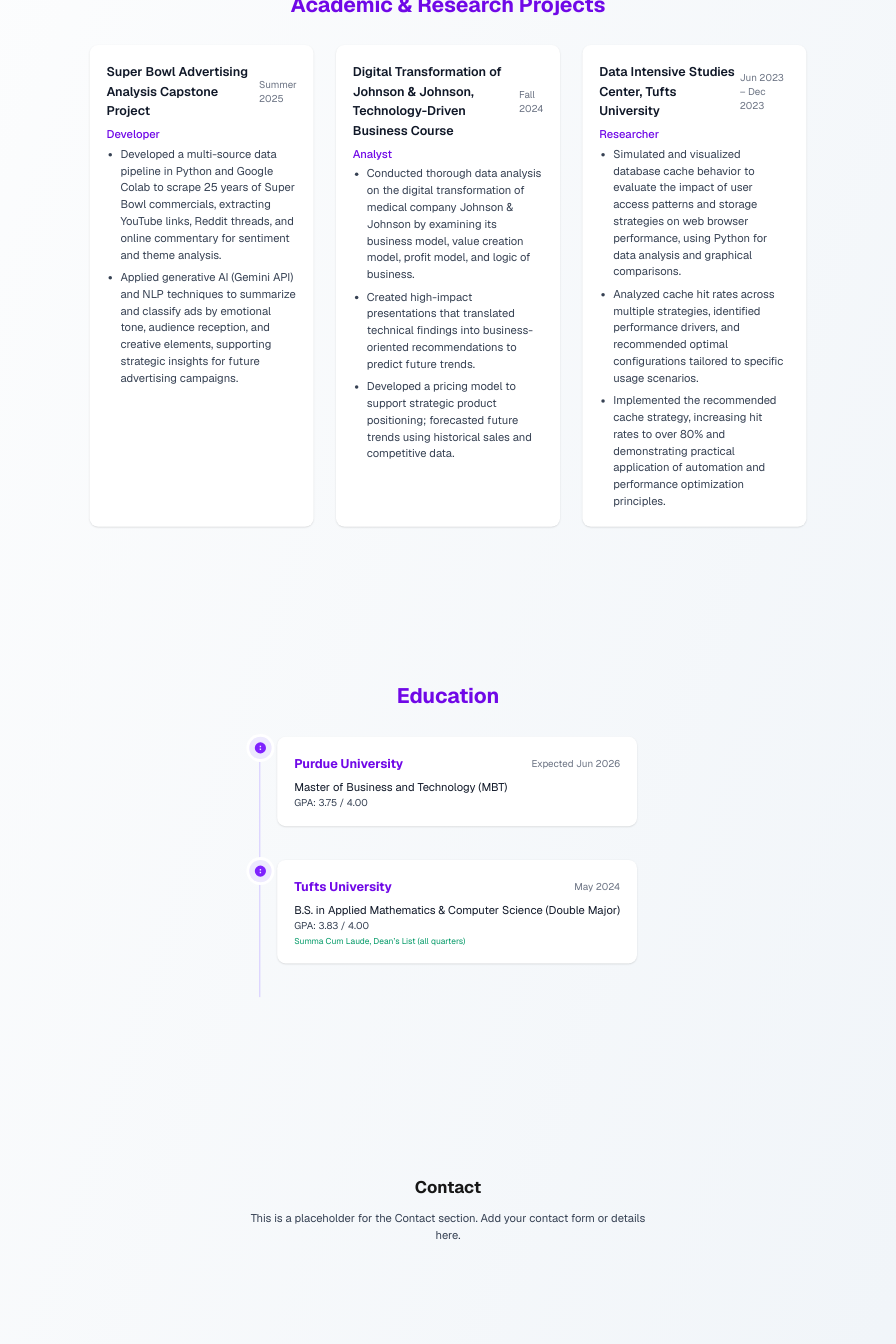
Repository: winniewyl/personal-portfolio
Page: /
These files come from the project's save history. The page is drawn as it stood at one moment and after the next save; the edit follows.
The browser window is 1280 px wide. The pictures show the part of the page from y = 1949 to 3869 px (the page is 3869 px tall before and 3731 px after), at 70% of full size.
The project was rebuilt for these pictures with package versions that can differ from the ones it lists, and the page was loaded fresh each time. The framework's server and built-in components were replaced by stand-ins that run in the browser. Also part of the build but not shown: next.config.ts.

Above is the page before, as saved 2025-07-22 11:52:21.

### src/app/page.tsx
import Hero from '../components/Hero';
import About from '../components/About';
import Projects from '../components/Projects';
import Contact from '../components/Contact';

const experienceData = [
  {
    org: 'Data Intensive Studies Center, Tufts University',
    title: 'Data Analyst Intern & Co-Author',
    date: 'Jun 2023 – Dec 2023',
    highlights: [
      'Developed a custom Drupal-based content management site to present visualizations and insights from research on AI/ML ethics, integrating cross-functional feedback and automation techniques to enhance visibility.',
      'Co-led the development of an open-source AI Ethics tool using GitBook, contributing to interface design, stakeholder engagement, and survey analysis in the context of autonomous vehicle applications.',
      'Co-authored The Third Moment of AI Ethics, published on arXiv: https://arxiv.org/abs/2501.16954.',
    ],
  },
];

const projectData = [
  {
    title: 'Super Bowl Advertising Analysis Capstone Project',
    role: 'Developer',
    date: 'Summer 2025',
    highlights: [
      'Developed a multi-source data pipeline in Python and Google Colab to scrape 25 years of Super Bowl commercials, extracting YouTube links, Reddit threads, and online commentary for sentiment and theme analysis.',
      'Applied generative AI (Gemini API) and NLP techniques to summarize and classify ads by emotional tone, audience reception, and creative elements, supporting strategic insights for future advertising campaigns.',
    ],
  },
  {
    title:
      'Digital Transformation of Johnson & Johnson, Technology-Driven Business Course',
    role: 'Analyst',
    date: 'Fall 2024',
    highlights: [
      'Conducted thorough data analysis on the digital transformation of medical company Johnson & Johnson by examining its business model, value creation model, profit model, and logic of business.',
      'Created high-impact presentations that translated technical findings into business-oriented recommendations to predict future trends.',
      'Developed a pricing model to support strategic product positioning; forecasted future trends using historical sales and competitive data.',
    ],
  },
  {
    title: 'Data Intensive Studies Center, Tufts University',
    role: 'Researcher',
    date: 'Jun 2023 – Dec 2023',
    highlights: [
      'Simulated and visualized database cache behavior to evaluate the impact of user access patterns and storage strategies on web browser performance, using Python for data analysis and graphical comparisons.',
      'Analyzed cache hit rates across multiple strategies, identified performance drivers, and recommended optimal configurations tailored to specific usage scenarios.',
      'Implemented the recommended cache strategy, increasing hit rates to over 80% and demonstrating practical application of automation and performance optimization principles.',
    ],
  },
];

export default function Home() {
  return (
    <div className="font-sans min-h-screen flex flex-col bg-gradient-to-br from-white via-slate-50 to-slate-100 dark:from-[#18181c] dark:via-[#1a1a22] dark:to-[#101014]">
      {/* Navbar */}
      <nav className="w-full flex items-center justify-between py-6 px-8 border-b border-gray-100 dark:border-gray-800 bg-white/80 dark:bg-[#101010]/80 backdrop-blur z-10 sticky top-0">
        <div className="text-2xl font-extrabold text-violet-600 tracking-tight">
          WW
        </div>
        <ul className="flex gap-8 text-base font-medium text-gray-900 dark:text-white">
          <li>
            <a
              href="#about"
              className="hover:text-violet-600 transition-colors"
            >
              About
            </a>
          </li>
          <li>
            <a
              href="#experience"
              className="hover:text-violet-600 transition-colors"
            >
              Experience
            </a>
          </li>
          <li>
            <a
              href="#projects"
              className="hover:text-violet-600 transition-colors"
            >
              Projects
            </a>
          </li>
          <li>
            <a
              href="#education"
              className="hover:text-violet-600 transition-colors"
            >
              Education
            </a>
          </li>
          <li>
            <a
              href="#contact"
              className="hover:text-violet-600 transition-colors"
            >
              Contact
            </a>
          </li>
        </ul>
      </nav>
      {/* Main Content */}
      <main className="flex-1 w-full flex flex-col items-center px-4 sm:px-0">
        <section className="w-full flex flex-col items-center justify-center py-20 sm:py-28 bg-transparent">
          <Hero name="Winnie Wang" role="AI Product Analyst" />
        </section>
        <section
          id="about"
          className="w-full flex flex-col items-center py-20 sm:py-28 max-w-5xl mx-auto scroll-mt-24"
        >
          <About />
        </section>
        {/* Experience Section */}
        <section
          id="experience"
          className="w-full flex flex-col items-center py-20 sm:py-28 max-w-5xl mx-auto scroll-mt-24"
        >
          <h2 className="text-3xl font-bold mb-10 text-violet-700 dark:text-violet-400">
            Internship & Professional Experience
          </h2>
          <ol className="relative border-l-2 border-violet-200 dark:border-violet-700">
            {experienceData.map((exp, idx) => (
              <li key={exp.title} className="mb-12 ml-6">
                <span className="absolute flex items-center justify-center w-8 h-8 bg-violet-100 rounded-full -left-4 ring-4 ring-white dark:ring-[#18181c]">
                  <svg
                    className="w-5 h-5 text-violet-600"
                    fill="currentColor"
                    viewBox="0 0 20 20"
                  >
                    <path d="M10 2a8 8 0 100 16 8 8 0 000-16zm1 11H9v-2h2v2zm0-4H9V7h2v2z" />
                  </svg>
                </span>
                <div className="bg-white dark:bg-[#232336] rounded-xl shadow p-6">
                  <div className="flex flex-col sm:flex-row sm:items-center sm:justify-between mb-2">
                    <span className="font-semibold text-lg text-gray-900 dark:text-white">
                      {exp.title}
                    </span>
                    <span className="text-sm text-gray-500 dark:text-gray-400">
                      {exp.date}
                    </span>
                  </div>
                  <div className="text-md font-medium text-violet-700 dark:text-violet-300 mb-1">
                    {exp.org}
                  </div>
                  <ul className="list-disc pl-5 space-y-2 text-gray-700 dark:text-gray-300">
                    {exp.highlights.map((h, i) => (
                      <li key={i}>{h}</li>
                    ))}
                  </ul>
                </div>
              </li>
            ))}
          </ol>
        </section>
        {/* Projects Section */}
        <section
          id="projects"
          className="w-full flex flex-col items-center py-20 sm:py-28 max-w-5xl mx-auto scroll-mt-24"
        >
          <h2 className="text-3xl font-bold mb-10 text-violet-700 dark:text-violet-400">
            Academic & Research Projects
          </h2>
          <div className="grid grid-cols-1 md:grid-cols-3 gap-8 w-full">
            {projectData.map((proj, idx) => (
              <div
                key={proj.title}
                className="bg-white dark:bg-[#232336] rounded-xl shadow p-6 flex flex-col"
              >
                <div className="flex flex-col sm:flex-row sm:items-center sm:justify-between mb-2">
                  <span className="font-semibold text-lg text-gray-900 dark:text-white">
                    {proj.title}
                  </span>
                  <span className="text-sm text-gray-500 dark:text-gray-400">
                    {proj.date}
                  </span>
                </div>
                <div className="text-md font-medium text-violet-700 dark:text-violet-300 mb-1">
                  {proj.role}
                </div>
                <ul className="list-disc pl-5 space-y-2 text-gray-700 dark:text-gray-300">
                  {proj.highlights.map((h, i) => (
                    <li key={i}>{h}</li>
                  ))}
                </ul>
              </div>
            ))}
          </div>
        </section>
        <section
          id="education"
          className="w-full flex flex-col items-center py-20 sm:py-28 max-w-5xl mx-auto scroll-mt-24"
        >
          <h2 className="text-3xl font-bold mb-10 text-violet-700 dark:text-violet-400">
            Education
          </h2>
          <ol className="relative border-l-2 border-violet-200 dark:border-violet-700">
            <li className="mb-12 ml-6">
              <span className="absolute flex items-center justify-center w-8 h-8 bg-violet-100 rounded-full -left-4 ring-4 ring-white dark:ring-[#18181c]">
                <svg
                  className="w-5 h-5 text-violet-600"
                  fill="currentColor"
                  viewBox="0 0 20 20"
                >
                  <path d="M10 2a8 8 0 100 16 8 8 0 000-16zm1 11H9v-2h2v2zm0-4H9V7h2v2z" />
                </svg>
              </span>
              <div className="bg-white dark:bg-[#232336] rounded-xl shadow p-6">
                <div className="flex flex-col sm:flex-row sm:items-center sm:justify-between mb-2">
                  <span className="font-bold text-lg text-violet-700">
                    Purdue University
                  </span>
                  <span className="text-sm text-gray-500 dark:text-gray-400">
                    Expected Jun 2026
                  </span>
                </div>
                <div className="text-gray-900 dark:text-white">
                  Master of Business and Technology (MBT)
                </div>
                <div className="text-sm text-gray-700 dark:text-gray-300">
                  GPA: 3.75 / 4.00
                </div>
              </div>
            </li>
            <li className="mb-12 ml-6">
              <span className="absolute flex items-center justify-center w-8 h-8 bg-violet-100 rounded-full -left-4 ring-4 ring-white dark:ring-[#18181c]">
                <svg
                  className="w-5 h-5 text-violet-600"
                  fill="currentColor"
                  viewBox="0 0 20 20"
                >
                  <path d="M10 2a8 8 0 100 16 8 8 0 000-16zm1 11H9v-2h2v2zm0-4H9V7h2v2z" />
                </svg>
              </span>
              <div className="bg-white dark:bg-[#232336] rounded-xl shadow p-6">
                <div className="flex flex-col sm:flex-row sm:items-center sm:justify-between mb-2">
                  <span className="font-bold text-lg text-violet-700">
                    Tufts University
                  </span>
                  <span className="text-sm text-gray-500 dark:text-gray-400">
                    May 2024
                  </span>
                </div>
                <div className="text-gray-900 dark:text-white">
                  B.S. in Applied Mathematics & Computer Science (Double Major)
                </div>
                <div className="text-sm text-gray-700 dark:text-gray-300">
                  GPA: 3.83 / 4.00
                </div>
                <div className="text-xs text-emerald-600 mt-1">
                  Summa Cum Laude, Dean’s List (all quarters)
                </div>
              </div>
            </li>
          </ol>
        </section>
        <section
          id="contact"
          className="w-full flex flex-col items-center py-20 sm:py-28 max-w-5xl mx-auto scroll-mt-24"
        >
          <Contact />
        </section>
      </main>
    </div>
  );
}

### src/components/Hero.tsx
import React from 'react';

interface HeroProps {
  name: string;
  role: string;
}

const Hero: React.FC<HeroProps> = ({ name, role }) => (
  <section className="flex flex-col items-center justify-center gap-4 py-8 w-full">
    <h1 className="text-4xl sm:text-5xl font-bold text-center">{name}</h1>
    <h2 className="text-xl sm:text-2xl font-medium text-center text-gray-600 dark:text-gray-300">
      {role}
    </h2>
  </section>
);

export default Hero;

### src/components/About.tsx
import React from 'react';

const aboutData = [
  {
    icon: (
      <span className="bg-blue-100 text-blue-600 rounded-xl p-2 mr-2">
        {/* AI Icon */}
        <svg width="32" height="32" fill="none" viewBox="0 0 24 24">
          <path
            fill="currentColor"
            d="M12 2a10 10 0 100 20 10 10 0 000-20zm1 17.93V20a1 1 0 11-2 0v-.07A8.001 8.001 0 014.07 13H4a1 1 0 110-2h.07A8.001 8.001 0 0111 4.07V4a1 1 0 112 0v.07A8.001 8.001 0 0119.93 11H20a1 1 0 110 2h-.07A8.001 8.001 0 0113 19.93z"
          ></path>
        </svg>
      </span>
    ),
    title: 'AI & Machine Learning',
    skills: [
      {
        name: 'Neural Networks',
        desc: 'Deep learning architectures and training',
      },
      {
        name: 'Computer Vision',
        desc: 'Image processing and object detection',
      },
      { name: 'TensorFlow/PyTorch', desc: 'ML framework expertise' },
      { name: 'Model Optimization', desc: 'Performance tuning and deployment' },
    ],
    color: 'blue',
  },
  {
    icon: (
      <span className="bg-fuchsia-100 text-fuchsia-600 rounded-xl p-2 mr-2">
        {/* Full-Stack Icon */}
        <svg width="32" height="32" fill="none" viewBox="0 0 24 24">
          <path
            fill="currentColor"
            d="M12 2a10 10 0 100 20 10 10 0 000-20zm-1 17.93V20a1 1 0 102 0v-.07A8.001 8.001 0 0020 13h.07a1 1 0 100-2H20a8.001 8.001 0 00-7-7.93V4a1 1 0 10-2 0v.07A8.001 8.001 0 004 11H3.93a1 1 0 100 2H4a8.001 8.001 0 007 7.93z"
          ></path>
        </svg>
      </span>
    ),
    title: 'Full-Stack Development',
    skills: [
      { name: 'React.js/Next.js', desc: 'Modern frontend frameworks' },
      { name: 'Python/Flask', desc: 'Backend development and APIs' },
      { name: 'Database Design', desc: 'SQL and data architecture' },
      { name: 'Cloud Deployment', desc: 'Scalable application hosting' },
    ],
    color: 'fuchsia',
  },
  {
    icon: (
      <span className="bg-green-100 text-green-600 rounded-xl p-2 mr-2">
        {/* Data Science Icon */}
        <svg width="32" height="32" fill="none" viewBox="0 0 24 24">
          <circle cx="12" cy="12" r="10" fill="currentColor" opacity=".2" />
          <circle cx="12" cy="12" r="6" fill="currentColor" />
        </svg>
      </span>
    ),
    title: 'Data Science',
    skills: [
      { name: 'Data Analysis', desc: 'Statistical analysis and insights' },
      { name: 'Visualization', desc: 'Interactive charts and dashboards' },
      {
        name: 'Algorithm Design',
        desc: 'Efficient problem-solving approaches',
      },
      { name: 'Research Methods', desc: 'Scientific approach to development' },
    ],
    color: 'green',
  },
];

const About: React.FC = () => (
  <section className="w-full flex flex-col items-center">
    <h2 className="text-4xl font-extrabold text-center mb-4 mt-4 text-gray-900 dark:text-white">
      <span className="inline-block align-middle mr-2 text-blue-500">•</span>
      About Me
    </h2>
    <p className="text-lg text-center text-gray-700 dark:text-gray-300 max-w-2xl mb-12">
      Passionate about the intersection of artificial intelligence and product
      strategy. I build intelligent solutions that drive business value and user
      engagement.
    </p>
    <div className="w-full max-w-6xl flex flex-col md:flex-row gap-8 justify-center items-stretch">
      {aboutData.map((card, idx) => (
        <div
          key={card.title}
          className="flex-1 bg-white dark:bg-[#18181c] rounded-2xl shadow-md p-8 flex flex-col mb-4 md:mb-0 border border-gray-100 dark:border-gray-800 min-w-[260px] max-w-sm mx-auto"
        >
          <div className="flex items-center mb-4">
            {card.icon}
            <span className={`text-lg font-bold text-gray-900 dark:text-white`}>
              {card.title}
            </span>
          </div>
          <ul className="space-y-3">
            {card.skills.map((skill) => (
              <li key={skill.name} className="flex flex-col">
                <span
                  className={`font-semibold text-${card.color}-700 dark:text-${card.color}-400`}
                >
                  {skill.name}
                </span>
                <span className="text-gray-600 dark:text-gray-400 text-sm">
                  {skill.desc}
                </span>
              </li>
            ))}
          </ul>
        </div>
      ))}
    </div>
  </section>
);

export default About;

### src/components/Contact.tsx
import React from 'react';

const Contact: React.FC = () => (
  <section className="py-8 w-full flex flex-col items-center">
    <h2 className="text-2xl font-bold mb-4">Contact</h2>
    <p className="max-w-xl text-center text-gray-700 dark:text-gray-300">
      This is a placeholder for the Contact section. Add your contact form or
      details here.
    </p>
  </section>
);

export default Contact;

Loaded but not shown: src/app/layout.tsx (common file); src/app/globals.css (common file)

After the next save:
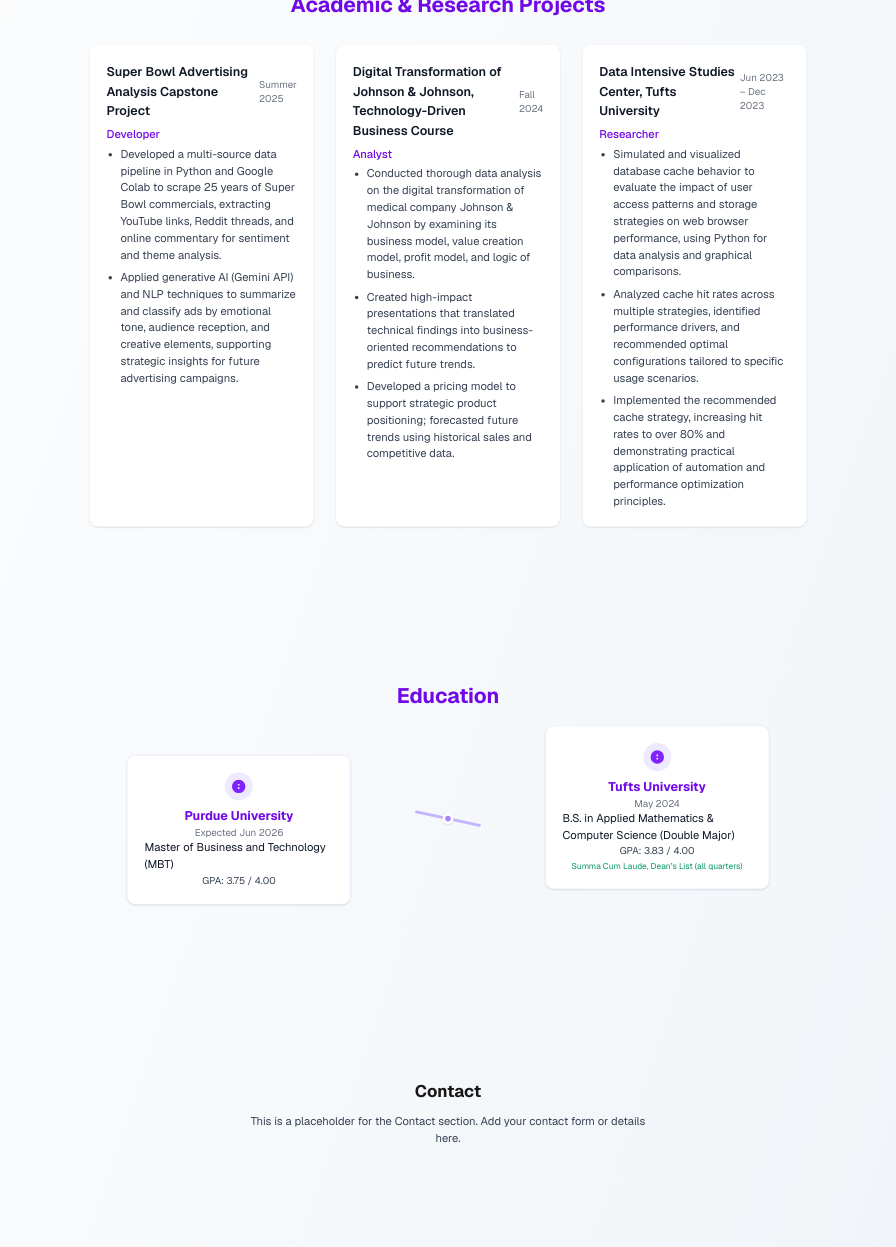
Saved 93 s later.
--- a/src/app/page.tsx
+++ b/src/app/page.tsx
@@ -194,65 +194,68 @@ export default function Home() {
           <h2 className="text-3xl font-bold mb-10 text-violet-700 dark:text-violet-400">
             Education
           </h2>
-          <ol className="relative border-l-2 border-violet-200 dark:border-violet-700">
-            <li className="mb-12 ml-6">
-              <span className="absolute flex items-center justify-center w-8 h-8 bg-violet-100 rounded-full -left-4 ring-4 ring-white dark:ring-[#18181c]">
-                <svg
-                  className="w-5 h-5 text-violet-600"
-                  fill="currentColor"
-                  viewBox="0 0 20 20"
-                >
-                  <path d="M10 2a8 8 0 100 16 8 8 0 000-16zm1 11H9v-2h2v2zm0-4H9V7h2v2z" />
-                </svg>
-              </span>
-              <div className="bg-white dark:bg-[#232336] rounded-xl shadow p-6">
-                <div className="flex flex-col sm:flex-row sm:items-center sm:justify-between mb-2">
-                  <span className="font-bold text-lg text-violet-700">
-                    Purdue University
-                  </span>
-                  <span className="text-sm text-gray-500 dark:text-gray-400">
-                    Expected Jun 2026
-                  </span>
-                </div>
-                <div className="text-gray-900 dark:text-white">
+          <div className="w-full flex flex-col md:flex-row items-center justify-center relative">
+            {/* Purdue University */}
+            <div className="flex flex-col items-center md:w-1/2 px-2 md:px-4 z-10 md:translate-y-4">
+              <div className="flex flex-col items-center bg-white dark:bg-[#232336] rounded-xl shadow p-6 min-w-[260px] max-w-xs border border-violet-100 dark:border-violet-700">
+                <span className="flex items-center justify-center w-10 h-10 bg-violet-100 rounded-full mb-2">
+                  <svg
+                    className="w-6 h-6 text-violet-600"
+                    fill="currentColor"
+                    viewBox="0 0 20 20"
+                  >
+                    <path d="M10 2a8 8 0 100 16 8 8 0 000-16zm1 11H9v-2h2v2zm0-4H9V7h2v2z" />
+                  </svg>
+                </span>
+                <span className="font-bold text-lg text-violet-700">
+                  Purdue University
+                </span>
+                <span className="text-sm text-gray-500 dark:text-gray-400">
+                  Expected Jun 2026
+                </span>
+                <span className="text-gray-900 dark:text-white">
                   Master of Business and Technology (MBT)
-                </div>
-                <div className="text-sm text-gray-700 dark:text-gray-300">
+                </span>
+                <span className="text-sm text-gray-700 dark:text-gray-300">
                   GPA: 3.75 / 4.00
-                </div>
+                </span>
               </div>
-            </li>
-            <li className="mb-12 ml-6">
-              <span className="absolute flex items-center justify-center w-8 h-8 bg-violet-100 rounded-full -left-4 ring-4 ring-white dark:ring-[#18181c]">
-                <svg
-                  className="w-5 h-5 text-violet-600"
-                  fill="currentColor"
-                  viewBox="0 0 20 20"
-                >
-                  <path d="M10 2a8 8 0 100 16 8 8 0 000-16zm1 11H9v-2h2v2zm0-4H9V7h2v2z" />
-                </svg>
-              </span>
-              <div className="bg-white dark:bg-[#232336] rounded-xl shadow p-6">
-                <div className="flex flex-col sm:flex-row sm:items-center sm:justify-between mb-2">
-                  <span className="font-bold text-lg text-violet-700">
-                    Tufts University
-                  </span>
-                  <span className="text-sm text-gray-500 dark:text-gray-400">
-                    May 2024
-                  </span>
-                </div>
-                <div className="text-gray-900 dark:text-white">
+            </div>
+            {/* Connector */}
+            <div className="hidden md:block w-1/6 flex-shrink-0 relative h-32">
+              <div className="absolute left-1/2 top-1/2 w-24 h-1 bg-violet-300 dark:bg-violet-700 transform -translate-x-1/2 -translate-y-1/2 rotate-12 rounded-full"></div>
+              <div className="absolute left-1/2 top-1/2 w-4 h-4 bg-violet-400 dark:bg-violet-600 rounded-full border-4 border-white dark:border-[#18181c] shadow -translate-x-1/2 -translate-y-1/2"></div>
+            </div>
+            {/* Tufts University */}
+            <div className="flex flex-col items-center md:w-1/2 px-2 md:px-4 z-10 md:-translate-y-4">
+              <div className="flex flex-col items-center bg-white dark:bg-[#232336] rounded-xl shadow p-6 min-w-[260px] max-w-xs border border-violet-100 dark:border-violet-700">
+                <span className="flex items-center justify-center w-10 h-10 bg-violet-100 rounded-full mb-2">
+                  <svg
+                    className="w-6 h-6 text-violet-600"
+                    fill="currentColor"
+                    viewBox="0 0 20 20"
+                  >
+                    <path d="M10 2a8 8 0 100 16 8 8 0 000-16zm1 11H9v-2h2v2zm0-4H9V7h2v2z" />
+                  </svg>
+                </span>
+                <span className="font-bold text-lg text-violet-700">
+                  Tufts University
+                </span>
+                <span className="text-sm text-gray-500 dark:text-gray-400">
+                  May 2024
+                </span>
+                <span className="text-gray-900 dark:text-white">
                   B.S. in Applied Mathematics & Computer Science (Double Major)
-                </div>
-                <div className="text-sm text-gray-700 dark:text-gray-300">
+                </span>
+                <span className="text-sm text-gray-700 dark:text-gray-300">
                   GPA: 3.83 / 4.00
-                </div>
-                <div className="text-xs text-emerald-600 mt-1">
+                </span>
+                <span className="text-xs text-emerald-600 mt-1">
                   Summa Cum Laude, Dean’s List (all quarters)
-                </div>
+                </span>
               </div>
-            </li>
-          </ol>
+            </div>
+          </div>
         </section>
         <section
           id="contact"
